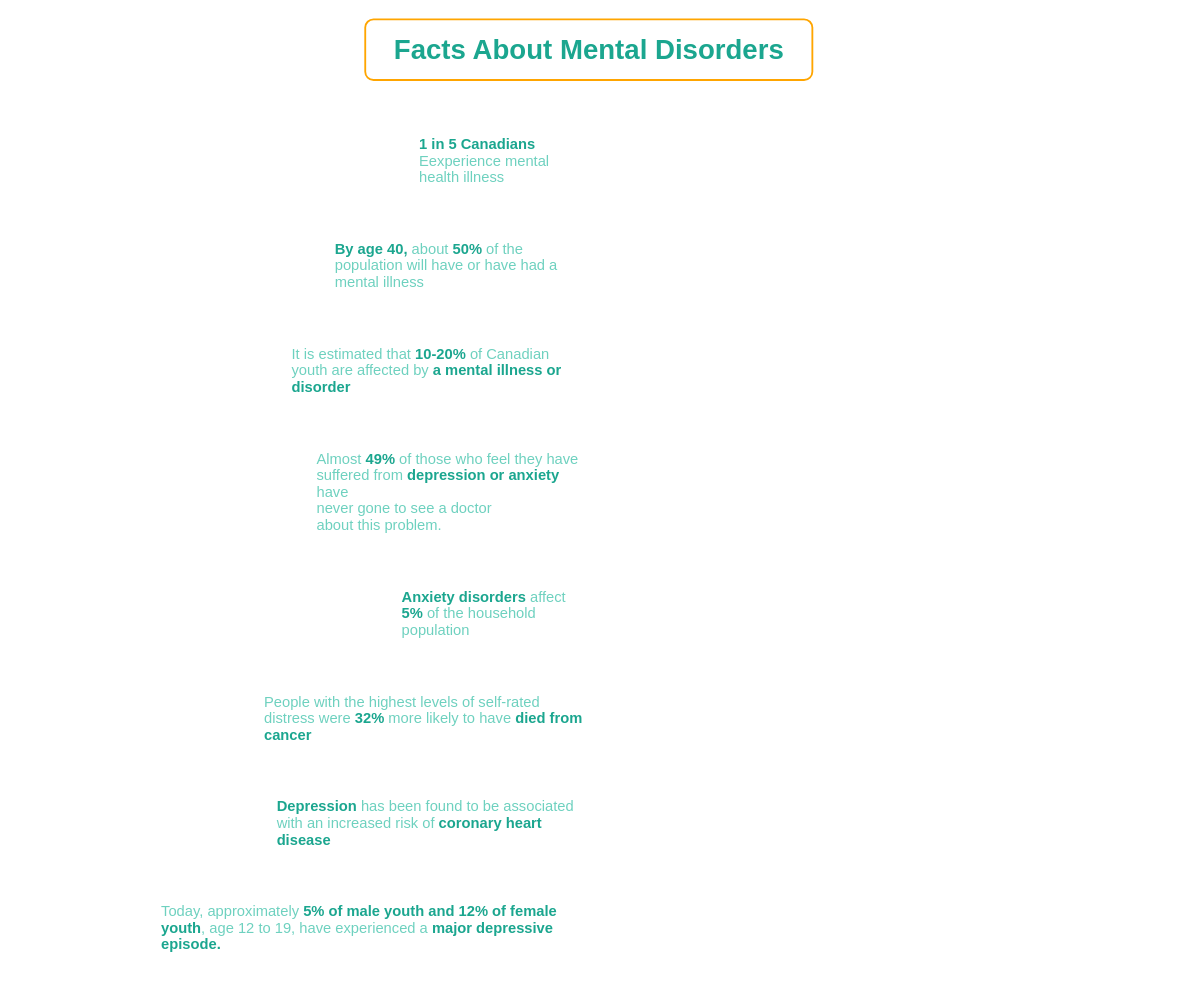
Repository: zzs1/2109-Dynamic-Content-Project
Page: joyce_code/index.html
These files come from the project's save history. The page is drawn as it stood at one moment and after a run of saves; the edit follows.
The browser window is 1280 px wide. The pictures show the whole page, at 92% of full size.
Some web fonts or font styles are not loaded; a fallback is used.

Above is the page before, as saved 2021-03-08 20:52:12.
Console error: TypeError: Cannot read properties of null (reading 'innerHTML')

### joyce_code/index.html
<!DOCTYPE html>
<html>
  <head>
    <meta charset="UTF-8">
    <title>. </title>
    <link href="style.css" type="text/css" rel="stylesheet">
    <link href="https://fonts.googleapis.com/css2?family=Saira+Semi+Condensed:wght@500&display=swap" rel="stylesheet">
  </head>
  <body>
      <div id="main">

        <h3 id="heading"> Facts About Mental Disorders </h3>

        <div class="boxes" id="box1">
              <div class="text"><strong class="keyword">1 in 5 Canadians</strong> Eexperience mental health illness  </div>
              <div class="pic"></div>
        </div>

        <div class="boxes"  id="box2">
              <div class="pic"></div>
              <div class="text"><strong class="keyword">By age 40,</strong>
                about <div class="highlight">50%</div>  of the population will have or have had a mental illness  </div>
        </div>

        <div class="boxes" id="box3">
              <div class="text">It is estimated that <strong class="keyword">10-20% </strong> of Canadian youth are affected by <div class="highlight">a mental illness or disorder</div> </div>
              <div class="pic"></div>
        </div>

        <div class="boxes"  id="box4">
            <div class="pic"></div>
            <div class="text">Almost <div class="highlight">49% </div>of those who feel they have suffered from<div class="highlight"> depression or anxiety</div> have <div id="highlight">never gone to see a doctor</div> about this problem.  </div>
        </div>

        <div class="boxes"  id="box5">
          <div class="text"><div class="highlight">Anxiety disorders</div> affect <div class="highlight">5%</div> of the household population </div>
          <div class="pic"></div>
        </div>

        <div class="boxes" id="box6">
          <div class="pic"></div>
          <div class="text">People with the highest levels of self-rated distress were <div class="highlight">32%</div> more likely to have <div class="highlight">died from cancer</div></div>
        </div>

        <div class="boxes" id="box7">
          <div class="text"><div class="highlight">Depression </div>has been found to be associated with an increased risk of <div class="highlight">coronary heart disease</div> </div>
          <div class="pic"></div>
        </div>

        <div class="boxes" id="box8">
          <div class="text">Today, approximately <div class="highlight">5% of male youth and 12% of female youth</div>, age 12 to 19, have experienced a <div class="highlight">major depressive episode.</div></div>
          <div class="pic"></div>
        </div>

      </div>
      <script src="index.js"></script>
      </body>
      </html>

### joyce_code/style.css
html, body{
    margin:0;
    font-family: 'Saira Semi Condensed', sans-serif;

}

#main{
    width:100vw;
    height:100vh;
    display:flex;
    flex-direction:column;
    align-self: start;
    align-items:center;

}

#heading{
    margin-top: 20px;
    font-size: 30px;
    color:#1BA68F;
    border:2px solid  orange;
    max-height:30%;
    max-width: 80%;
    padding:15px 30px;
    border-radius: 10px;
}

.boxes{
    padding:30px;
    max-height:40%;
    max-width: 80%;
    display: flex;
    flex-direction:column;
}
.text{
    display: inline;
    max-width: 50%;
    color:#6ED1BF;
}

.picture{
    width: 50%;
}

.keyword{
    color:#1BA68F;
}

.highlight{
    display: inline;
    color:#1BA68F;
    font-size: 16px;
    font-weight: bold;
}

### index.js
// DONT TOUCH !!Chisaki JS start from here
document.querySelector(".title").innerHTML += TitleUI("#FFFFFF","#1BA68F","Top 3 Mental illness in US","#1BA68F");
document.querySelector(".card").innerHTML += CardUI("What is top 1 Mental illness ?", "Bipolar disorder", "Anxiety disorder", "Major depressive disorder","Anxiety disorder","Symptoms can include excessive worrying, feeling agitated, restlessness, fatigue, tense muscles, difficulty sleeping, and panic attacks");
document.querySelector(".card").innerHTML += CardUI("What is 2nd Mental illness ?", "Bipolar disorder", "Anxiety disorder", "Major depressive disorder","Major depressive disorder", "Symptoms include depressed mood, change in weight, appetite and sleep patterns, fatigue, and a feeling of worthlessness");
document.querySelector(".card").innerHTML += CardUI("What is 3rd Mental illness ?", "Bipolar disorder", "Anxiety disorder", "Major depressive disorder","Bipolar disorder","Symptoms  include experience manic episodes where their moods and behaviors are drastically different than normal.");
document.querySelector(".title2").innerHTML += TitleUI("#FFFFFF","#FFD4C1","How to improve your mental health?","#FFAA81");
document.querySelector(".icon").innerHTML += IconUI("icon1",'comps/icon/pic1.svg',"EAT WELL");
document.querySelector(".icon").innerHTML += IconUI("icon2",'comps/icon/pic2.svg',"STRECHING");
document.querySelector(".icon").innerHTML += IconUI("icon3",'comps/icon/pic3.jpg',"STOP TOBBACO");
document.querySelector(".icon").innerHTML += IconUI("icon4",'comps/icon/pic4.svg', "TREAT YOURSELF");
document.querySelector(".icon").innerHTML += IconUI("icon5",'comps/icon/pic5.svg', "CHAT CHAT CHAT");
document.querySelector(".icon").innerHTML += IconUI("icon6",'comps/icon/pic6.svg', "PLAN YOUR GOAL");
document.querySelector(".info").innerHTML += InfoUI("info1",'comps/icon/pic1.svg',"Eat and drink to optimize your health","Eating healthy is not only good for your physical health, but also for your mental health. some people release their stress by eating junk foods, taking caffeine, or drinking alcohol, but it is not a good way to release your stress in the long run. Consider making healthy eating and drinking habits. ");
document.querySelector(".info").innerHTML += InfoUI("info2",'comps/icon/pic2.svg',"Exercise regularly","Try to do some exercises because we can ease our stress by moving our body. You can try non-competitive exercises, such as aerobics, weight training, and yoga. According to the study, aerobic exercise can release endorphins which are natural substances that make your feeling better and keep you being positive.");
document.querySelector(".info").innerHTML += InfoUI("info3",'comps/icon/pic3.jpg',"Stop using tobacco and nicotine products","Did you know smoking is not only bad for your physical health, but also mental health? Smoking increases your anxiety and tension. In fact, if you try to stop smoking and get rid of the nicotine, you would feel irritable and anxious due to the signals from certain chemicals in the brain.");
document.querySelector(".info").innerHTML += InfoUI("info4",'comps/icon/pic4.svg', "Study and practice relaxation techniques", "Finding your relaxation way is really important to relieve your stress. It can be anything that you would like to do, such as taking a long bath, deep breathing, doing mindfulness meditation, or daydreaming. In retheraphy, we are also introducing some popular relaxation ways.");
document.querySelector(".info").innerHTML += InfoUI("info5",'comps/icon/pic5.svg', "Talk how you feel to someone","By talking your concerns to someone else, you can organize your feeling. Moreover, someone may give you some advice for your concerns. It is always a good idea to talk your feelings to people you trust. If your concerns are really personal ones, you can also reach out to some professional consultants.");
document.querySelector(".info").innerHTML += InfoUI("info6",'comps/icon/pic6.svg', "Set realistic goals and expectations", "By setting realistic goals and achieving small goals step by step, you can get more and more confident on yourself. For example, if you are trying to go on diet, you can start by walking 1 or 2 bus stops distance once or twice a week. When you making a plan, it is a good idea to consider your plan for the long run.");
// DONT TOUCH !!Chisaki JS End here

After the next 3 saves:
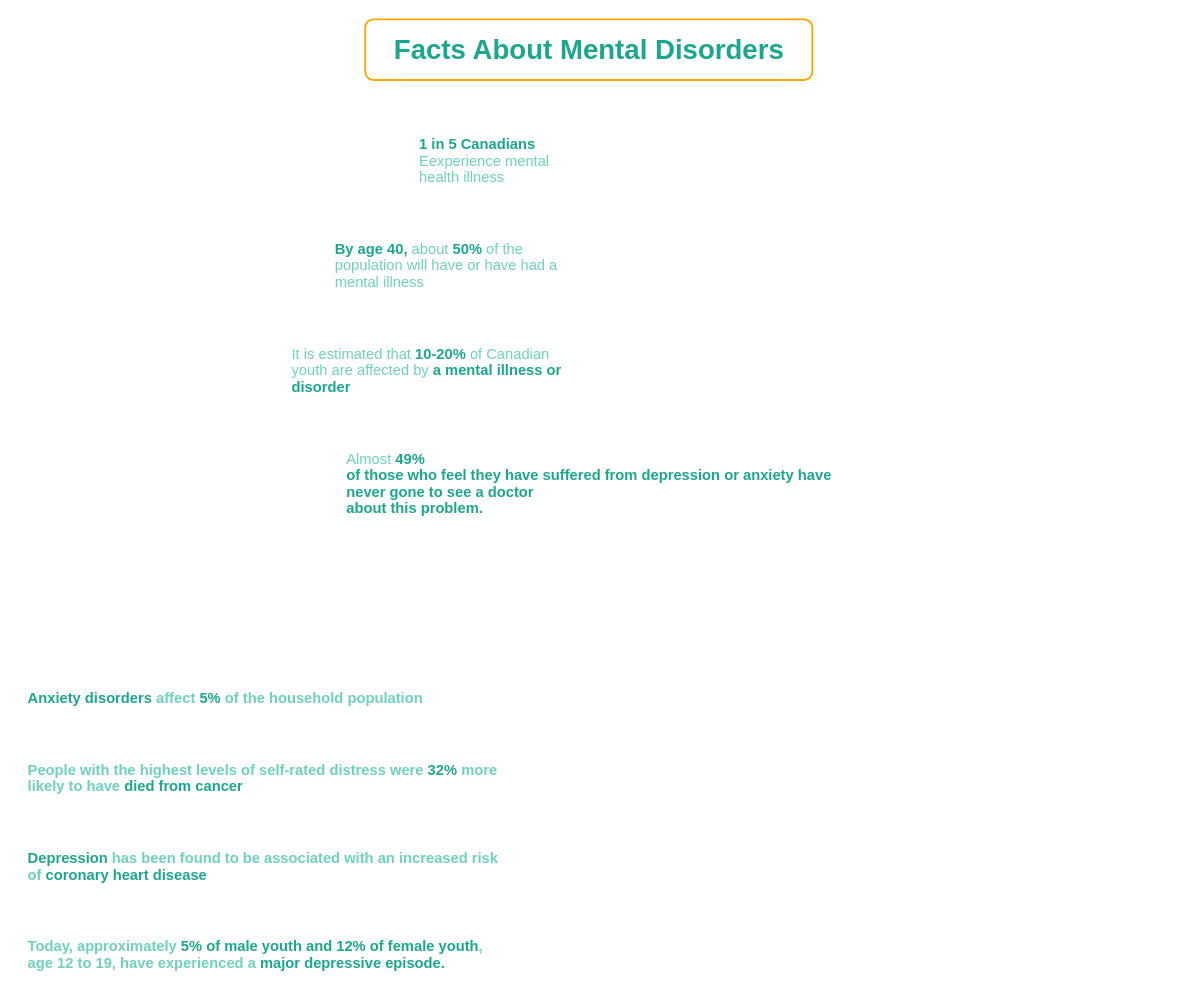
The 3 saves are shown as one change because they came seconds apart.
The last was saved 29 s later.
--- a/joyce_code/index.html
+++ b/joyce_code/index.html
@@ -29,7 +29,7 @@
 
         <div class="boxes"  id="box4">
             <div class="pic"></div>
-            <div class="text">Almost <div class="highlight">49% </div>of those who feel they have suffered from<div class="highlight"> depression or anxiety</div> have <div id="highlight">never gone to see a doctor</div> about this problem.  </div>
+            <div class="text">Almost <strong class="keyword">49% </div>of those who feel they have suffered from<div class="highlight"> depression or anxiety</div> have <div id="highlight">never gone to see a doctor</div> about this problem.  </div>
         </div>
 
         <div class="boxes"  id="box5">

After the save that followed:
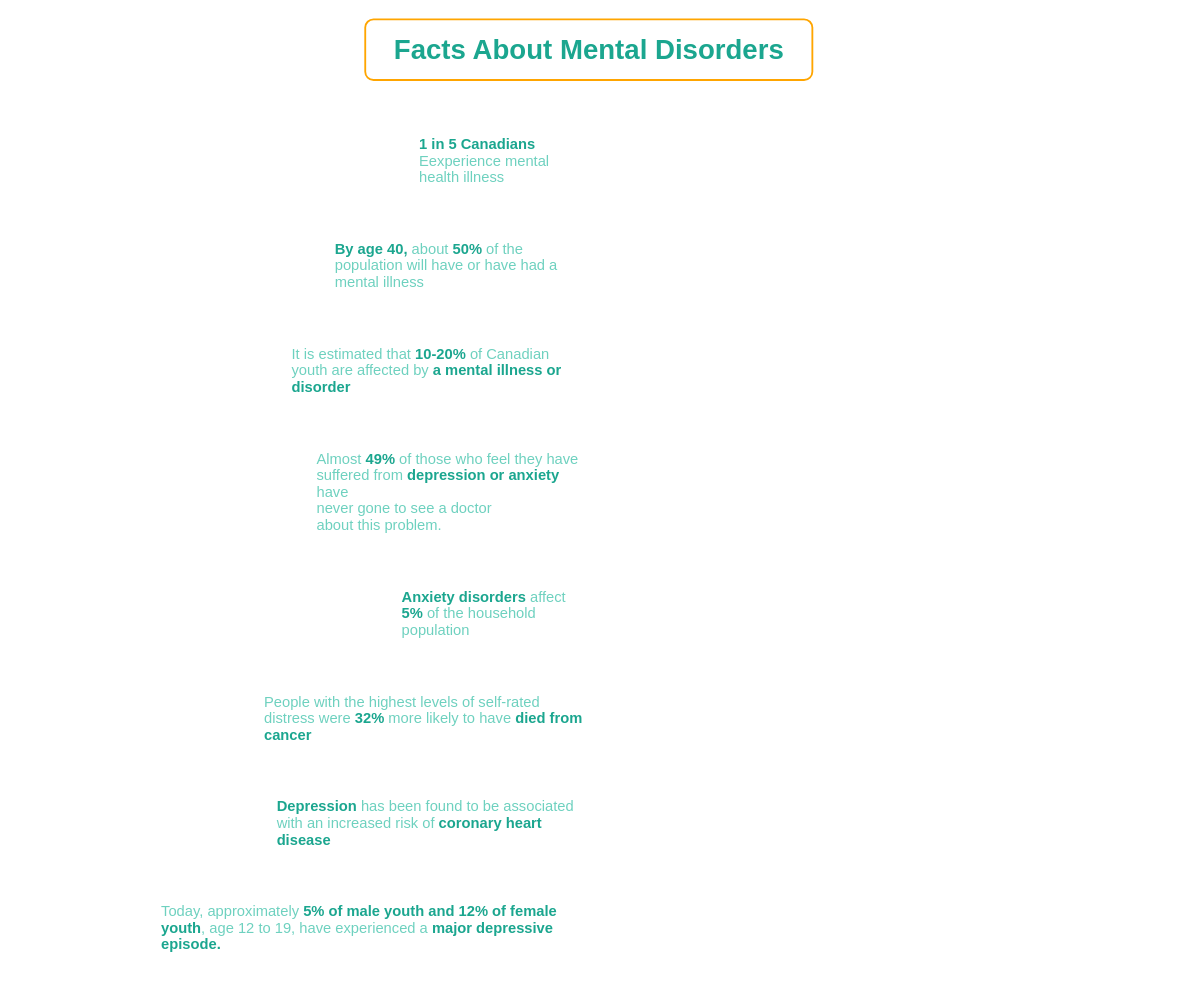
Saved 10 s later.
--- a/joyce_code/index.html
+++ b/joyce_code/index.html
@@ -29,7 +29,7 @@
 
         <div class="boxes"  id="box4">
             <div class="pic"></div>
-            <div class="text">Almost <strong class="keyword">49% </div>of those who feel they have suffered from<div class="highlight"> depression or anxiety</div> have <div id="highlight">never gone to see a doctor</div> about this problem.  </div>
+            <div class="text">Almost <strong class="keyword">49% </strong>of those who feel they have suffered from<div class="highlight"> depression or anxiety</div> have <div id="highlight">never gone to see a doctor</div> about this problem.  </div>
         </div>
 
         <div class="boxes"  id="box5">
